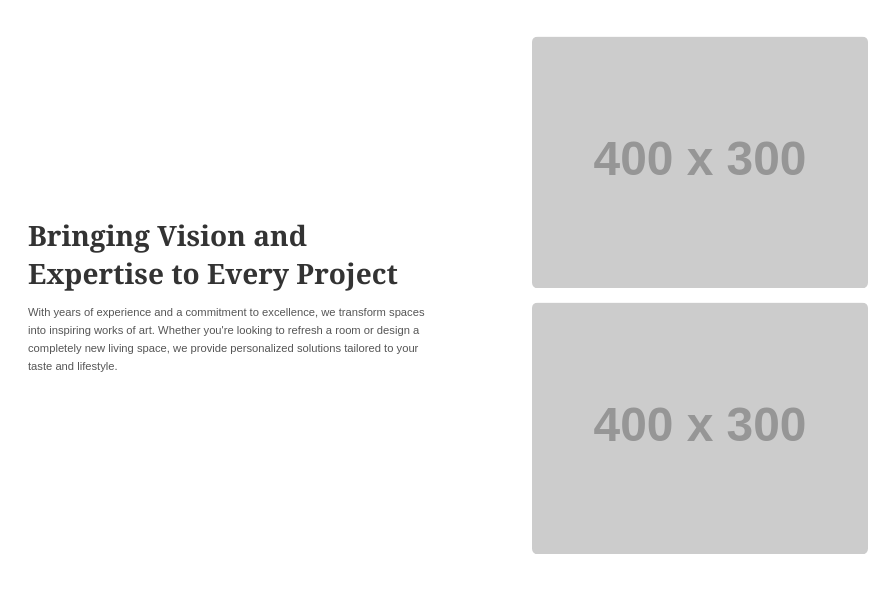
Repository: Patience225/home-decor-studio
Page: index.html
An editor plug-in stored every save of this project. The page is shown before and after the next save, followed by the edit.
The browser window is 1280 px wide. The pictures show the part of the page from y = 1040 to 2960 px (the page is 1912 px tall before and 2960 px after), at 70% of full size.

Above is the page before, as saved 2025-01-29 04:32:20.

After the next save:
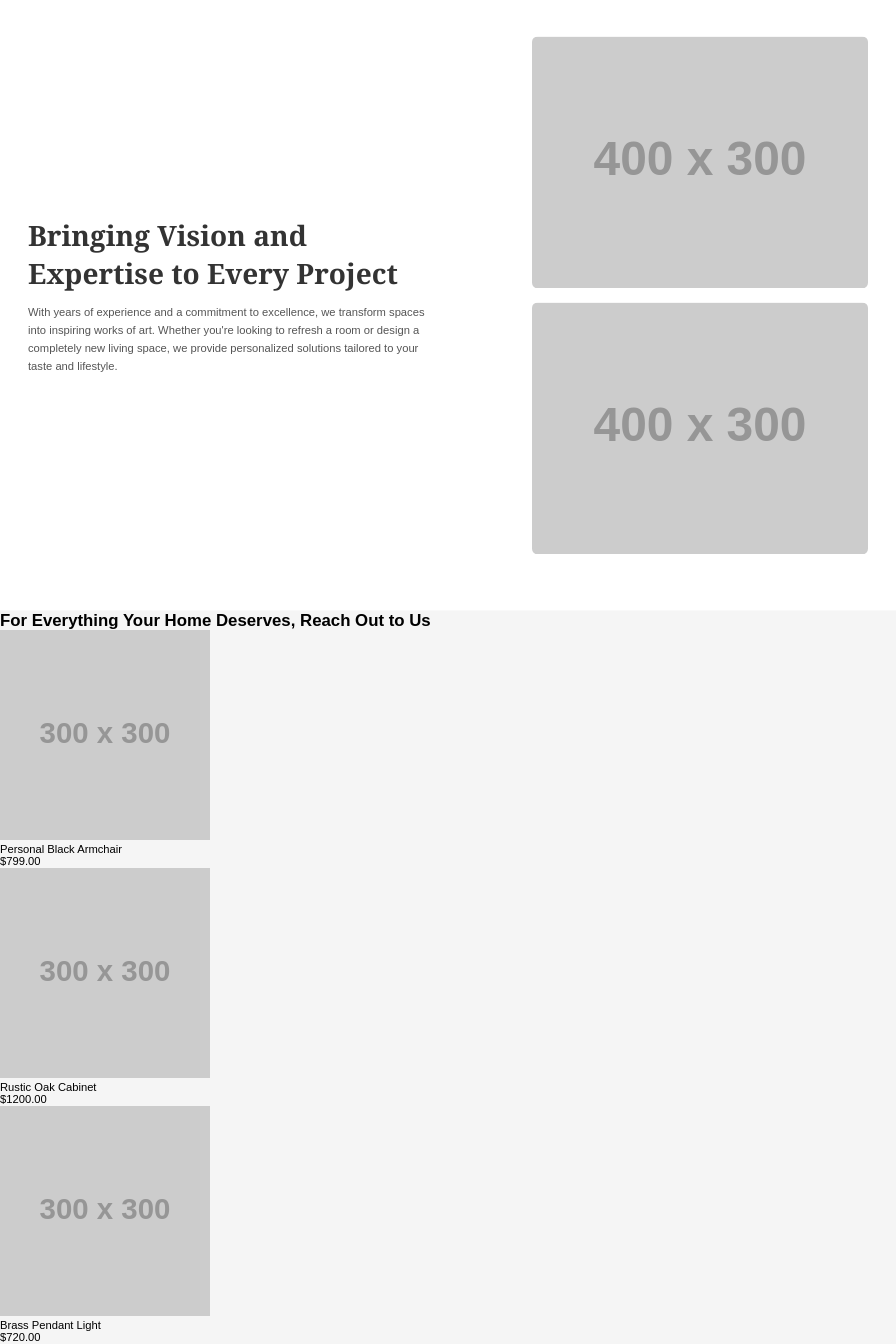
Saved 51 s later.
--- a/index.html
+++ b/index.html
@@ -62,6 +62,28 @@
       </div>
     </div>
   </section>
+  <section class="call-to-action">
+    <div class="cta-container">
+      <h2>For Everything Your Home Deserves, Reach Out to Us</h2>
+      <div class="cta-images">
+        <div class="image-card">
+          <img src="https://via.placeholder.com/300x300" alt="Armchair">
+          <p class="product-name">Personal Black Armchair</p>
+          <p class="product-price">$799.00</p>
+        </div>
+        <div class="image-card">
+          <img src="https://via.placeholder.com/300x300" alt="Cabinet">
+          <p class="product-name">Rustic Oak Cabinet</p>
+          <p class="product-price">$1200.00</p>
+        </div>
+        <div class="image-card">
+          <img src="https://via.placeholder.com/300x300" alt="Pendant Light">
+          <p class="product-name">Brass Pendant Light</p>
+          <p class="product-price">$720.00</p>
+        </div>
+      </div>
+    </div>
+  </section>
 
   <script src="script.js"></script>
 </body>
